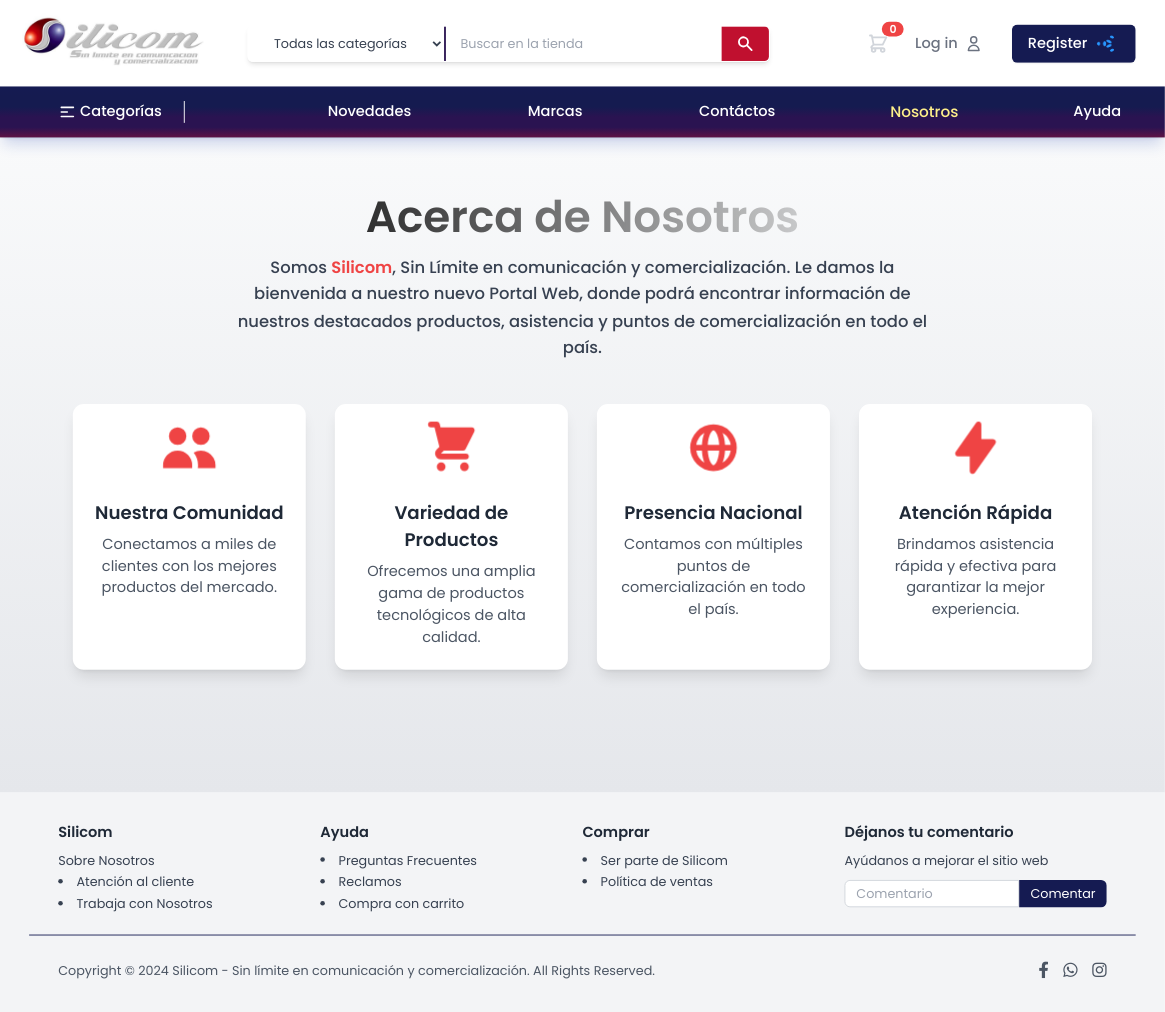
Repository: Francovg18/ecommerce
Page: /about
An editor plug-in stored every save of this project. The page is shown before and after the next save, followed by the edit.
The browser window is 1280 px wide. The pictures show the whole page, at 91% of full size.
The page's requests for data from a server got no answer. The project was rebuilt for these pictures with package versions that can differ from the ones it lists, and the page was loaded fresh each time. No one was signed in, and anything a server would have sent is missing. Also part of the build but not shown: src/components/home/Banner.js, src/components/home/ProductsArrival.js, src/components/home/ProductsSold.js, src/redux/actions/brands.js, src/components/home/Brand.js, src/components/home/Product.js, src/containers/Home.jsx, src/containers/errors/Error404.jsx and 40 more.

Above is the page before, as saved 2025-01-29 20:23:30.

### public/index.html
<!DOCTYPE html>
<html lang="en">
  <head>
    <meta charset="utf-8" />
    <link rel="icon" href="%PUBLIC_URL%/favicon.ico" />
    <meta name="viewport" content="width=device-width, initial-scale=1" />
    <meta name="theme-color" content="#000000" />
    <meta name="description" content="Web site created using create-react-app" />
    <link rel="apple-touch-icon" href="%PUBLIC_URL%/logo192.png" />
    <link href="https://fonts.googleapis.com/css2?family=Poppins:wght@400;500;600&display=swap" rel="stylesheet">
    <link
  rel="stylesheet"
  href="https://cdnjs.cloudflare.com/ajax/libs/font-awesome/6.0.0-beta3/css/all.min.css"
/>

    <!--
      manifest.json provides metadata used when your web app is installed on a
      user's mobile device or desktop. See https://developers.google.com/web/fundamentals/web-app-manifest/
    -->
    <link rel="manifest" href="%PUBLIC_URL%/manifest.json" />
    <!--
      Notice the use of %PUBLIC_URL% in the tags above.
      It will be replaced with the URL of the `public` folder during the build.
      Only files inside the `public` folder can be referenced from the HTML.

      Unlike "/favicon.ico" or "favicon.ico", "%PUBLIC_URL%/favicon.ico" will
      work correctly both with client-side routing and a non-root public URL.
      Learn how to configure a non-root public URL by running `npm run build`.
    -->
    <title>React App</title>
  </head>
  <body>
    <noscript>You need to enable JavaScript to run this app.</noscript>
    <div id="root"></div>
    <!--
      This HTML file is a template.
      If you open it directly in the browser, you will see an empty page.

      You can add webfonts, meta tags, or analytics to this file.
      The build step will place the bundled scripts into the <body> tag.

      To begin the development, run `npm start` or `yarn start`.
      To create a production bundle, use `npm run build` or `yarn build`.
    -->
  </body>
</html>

### src/index.js
import React from 'react';
import ReactDOM from 'react-dom/client';
import './style/index.css';
import App from './App';

const root = ReactDOM.createRoot(document.getElementById('root'));
root.render(
  <React.StrictMode>
    <App />
  </React.StrictMode>
);

### src/store.js
import { createStore, applyMiddleware } from 'redux';
import { composeWithDevTools } from '@redux-devtools/extension';
import { thunk } from 'redux-thunk';
import rootReducer from './redux/reducers';

const initialState = {};
const middleware = [thunk];
const store = createStore(
    rootReducer,
    initialState,
    composeWithDevTools(applyMiddleware(...middleware))
);

export default store;

### src/containers/pages/About.jsx
import React from 'react';
import Layout from '../../hocs/Layout';
import { UsersIcon, ShoppingCartIcon, GlobeAltIcon, LightningBoltIcon } from '@heroicons/react/solid';

function About() {
  return (
    <Layout>
      <div className="bg-gradient-to-b from-gray-50 to-gray-200 min-h-screen py-16 px-6 sm:px-12 lg:px-20">
        <div className="text-center max-w-3xl mx-auto">
          <h1 className="text-5xl font-extrabold bg-gradient-to-r from-black  bg-clip-text text-transparent ">
            Acerca de Nosotros
          </h1>
          <p className="mt-4 text-lg text-gray-700 font-medium leading-relaxed animate-fade-in">
            Somos <span className="text-red-500 font-bold">Silicom</span>, Sin Límite en comunicación y comercialización. Le damos la bienvenida a nuestro nuevo Portal Web,
            donde podrá encontrar información de nuestros destacados productos, asistencia y puntos de comercialización en todo el país.
          </p>
        </div>

        <div className="mt-12 grid grid-cols-1 md:grid-cols-2 lg:grid-cols-4 gap-8">
          {[
            { icon: UsersIcon, title: "Nuestra Comunidad", text: "Conectamos a miles de clientes con los mejores productos del mercado." },
            { icon: ShoppingCartIcon, title: "Variedad de Productos", text: "Ofrecemos una amplia gama de productos tecnológicos de alta calidad." },
            { icon: GlobeAltIcon, title: "Presencia Nacional", text: "Contamos con múltiples puntos de comercialización en todo el país." },
            { icon: LightningBoltIcon, title: "Atención Rápida", text: "Brindamos asistencia rápida y efectiva para garantizar la mejor experiencia." }
          ].map((item, index) => (
            <div key={index} className="bg-white p-6 rounded-xl shadow-lg text-center transition-transform transform hover:scale-105 hover:shadow-2xl">
              <item.icon className="w-16 h-16 text-red-500 mx-auto animate-bounce" />
              <h3 className="text-xl font-semibold mt-4 text-gray-800">{item.title}</h3>
              <p className="text-gray-600 mt-2">{item.text}</p>
            </div>
          ))}
        </div>
      </div>
    </Layout>
  );
}

export default About;

### src/redux/reducers/index.js
import { combineReducers } from 'redux';
import Auth from './auth';
import Alert from './alert';
import Categories from './categories';
import Products from './products';
import Cart from './cart';
import Shipping from './shipping'
import Payment from './payment';
import Orders from './orders';
import Coupons from './coupons';
import Profile from './profile';
import Wishlist from './wishlist';
import Reviews from './reviews';
import Brands from './brands';
export default combineReducers({
    Auth,
    Alert,
    Categories,
    Products,
    Cart,
    Shipping,
    Payment,
    Orders,
    Coupons,
    Profile,
    Wishlist,
    Reviews,
    Brands
})

### src/hocs/Layout.js
import { ToastContainer } from 'react-toastify';
import 'react-toastify/dist/ReactToastify.css';
import { check_authenticated, load_user, refresh } from '../redux/actions/auth';
import {
    get_items,
    get_total,
    get_item_total
} from "../redux/actions/cart";

import {
    get_user_profile
} from "../redux/actions/profile";

import { useEffect } from 'react';
import { connect } from 'react-redux';
import Navbar from '../components/navigation/Navbar';
import Footer from '../components/navigation/Footer';

const Layout = (props) => {

    useEffect(() => {
        props.refresh()
        props.check_authenticated()
        props.load_user()
        props.get_items()
        props.get_total()
        props.get_item_total()
        props.get_user_profile()
    }, []);

    return(
        <div>
            <Navbar/>
            <ToastContainer autoClose={5000} />
            {props.children}
            <Footer/>
        </div>
    )
}


export default connect(null, {
    check_authenticated,
    load_user,
    refresh,
    get_items,
    get_total,
    get_item_total,
    get_user_profile
}) (Layout)

### src/redux/actions/categories.js
import axios from 'axios';
import {
    GET_CATEGORIES_SUCCESS,
    GET_CATEGORIES_FAIL,
} from './types';

export const get_categories = () => async dispatch => {
    const config = {
        headers: {
            'Accept': 'application/json'
        }
    };

    try {
        const res = await axios.get(`${process.env.REACT_APP_API_URL}/api/category/categories`, config);

        if (res.status >= 200 && res.status < 300) {
            dispatch({
                type: GET_CATEGORIES_SUCCESS,
                payload: res.data
            });
        } else {
            console.error('Error: Unexpected response status', res.status);
            dispatch({
                type: GET_CATEGORIES_FAIL
            });
        }
    } catch (err) {
        console.error('Error fetching categories:', err.message);
        dispatch({
            type: GET_CATEGORIES_FAIL
        });
    }
};

### src/redux/actions/alert.js
import{
    SET_ALERT,
    REMOVE_ALERT,
} from './types';

export const setAlert = (msg, alertType, timeout = 5000) => dispatch =>{
    dispatch({
        type: SET_ALERT,
        payload: {msg, alertType}
    });
    setTimeout(() => dispatch({ type: REMOVE_ALERT }), timeout);
}

### src/redux/reducers/alert.js
import {
    SET_ALERT,
    REMOVE_ALERT,
} from '../actions/types';

const initialState = {
    alert: null
};

export default function Alert(state = initialState, action) {
    const { type, payload } = action;

    switch(type) {
        case SET_ALERT:
            return {
                ...state,
                alert: payload
            };
        case REMOVE_ALERT:
            return {
                ...state,
                alert: null
            }
        default:
            return state
    };
}

### src/redux/reducers/categories.js
import {
    GET_CATEGORIES_SUCCESS,
    GET_CATEGORIES_FAIL
} from '../actions/types';

const initialState = {
    categories: null
};

export default function Categories(state = initialState, action) {
    const { type, payload } = action;

    switch(type) {
        case GET_CATEGORIES_SUCCESS:
            return {
                ...state,
                categories: payload.categories
            }
        case GET_CATEGORIES_FAIL:
            return {
                ...state,
                categories: null
            }
        default:
            return state
    }
}

### src/redux/reducers/shipping.js
import {
    GET_SHIPPING_OPTIONS_SUCCESS,
    GET_SHIPPING_OPTIONS_FAIL
} from '../actions/types';

const initialState = {
    shipping: null,
};

export default function Shipping(state = initialState, action) {
    const { type, payload } = action;

    switch(type) {
        case GET_SHIPPING_OPTIONS_SUCCESS:
            return {
                ...state,
                shipping: payload.shipping_options
            }
        case GET_SHIPPING_OPTIONS_FAIL:
            return {
                ...state,
                shipping: null
            }
        default:
            return state;
    }
};

### src/redux/reducers/orders.js
import {
    GET_ORDERS_SUCCESS,
    GET_ORDERS_FAIL,
    GET_ORDER_DETAIL_SUCCESS,
    GET_ORDER_DETAIL_FAIL
} from '../actions/types';

const initialState = {
    orders: null,
    order: null
};


export default function Orders(state = initialState, action) {
    const { type, payload } = action;

    switch(type) {
        case GET_ORDERS_SUCCESS:
            return {
                ...state,
                orders: payload.orders
            }
        case GET_ORDERS_FAIL:
            return {
                ...state,
                orders: []
            }
        case GET_ORDER_DETAIL_SUCCESS:
            return {
                ...state,
                order: payload.order
            }
        case GET_ORDER_DETAIL_FAIL:
            return {
                ...state,
                order: {}
            }
        default:
            return state;
    }
}

### src/redux/reducers/coupons.js
import {
    GET_COUPON_SUCCESS,
    GET_COUPON_FAIL,
} from '../actions/types';

const initialState = {
    coupon: null
};


export default function Coupons(state = initialState, action) {
    const { type, payload } = action;

    switch(type) {
        case GET_COUPON_SUCCESS:
            return {
                ...state,
                coupon: payload.coupon
            }
        case GET_COUPON_FAIL:
            return {
                ...state,
                coupon: null
            }
        default:
            return state;
    }
}

### src/redux/reducers/profile.js
import {
    GET_USER_PROFILE_SUCCESS,
    GET_USER_PROFILE_FAIL,
    UPDATE_USER_PROFILE_SUCCESS,
    UPDATE_USER_PROFILE_FAIL
} from '../actions/types';

const initialState = {
    profile: null
};

export default function Profile(state = initialState, action) {
    const { type, payload } = action;

    switch(type) {
        case GET_USER_PROFILE_SUCCESS:
            return {
                ...state,
                profile: payload.profile
            }
        case GET_USER_PROFILE_FAIL:
            return {
                ...state
            }
        case UPDATE_USER_PROFILE_SUCCESS:
            return {
                ...state,
                profile: payload.profile
            }
        case UPDATE_USER_PROFILE_FAIL:
            return {
                ...state
            }
        default:
            return state
    }
}

### src/redux/reducers/wishlist.js
import {
    GET_WISHLIST_ITEMS_SUCCESS,
    GET_WISHLIST_ITEMS_FAIL,
    ADD_WISHLIST_ITEM_SUCCESS,
    ADD_WISHLIST_ITEM_FAIL,
    GET_WISHLIST_ITEM_TOTAL_SUCCESS,
    GET_WISHLIST_ITEM_TOTAL_FAIL,
    REMOVE_WISHLIST_ITEM_SUCCESS,
    REMOVE_WISHLIST_ITEM_FAIL,
    CLEAR_WISHLIST,
} from '../actions/types';

const initialState = {
    items: null,
    total_items: 0
};

export default function Wishlist(state = initialState, action) {
    const { type, payload } = action;

    switch(type) {
        case GET_WISHLIST_ITEMS_SUCCESS:
            return {
                ...state,
                items: payload.wishlist
            }
        case GET_WISHLIST_ITEMS_FAIL:
            return {
                ...state,
            }
        case ADD_WISHLIST_ITEM_SUCCESS:
            return {
                ...state,
                items: payload.wishlist
            }
        case ADD_WISHLIST_ITEM_FAIL:
            return {
                ...state,
            }
        case GET_WISHLIST_ITEM_TOTAL_SUCCESS:
            return {
                ...state,
                total_items: payload.total_items
            }
        case GET_WISHLIST_ITEM_TOTAL_FAIL:
            return {
                ...state
            }
            case REMOVE_WISHLIST_ITEM_SUCCESS:
                return {
                    ...state,
                    items: state.items.filter(item => item.product_id !== payload)
                }

        case REMOVE_WISHLIST_ITEM_FAIL:
            return {
                ...state
            }
        case CLEAR_WISHLIST:
            return {
                ...state,
                items: [],
                total_items: 0
            }
        default:
            return state
    }
}

### src/redux/reducers/reviews.js
import {
    GET_REVIEWS_SUCCESS,
    GET_REVIEWS_FAIL,
    GET_REVIEW_SUCCESS,
    GET_REVIEW_FAIL,
    CREATE_REVIEW_SUCCESS,
    CREATE_REVIEW_FAIL,
    UPDATE_REVIEW_SUCCESS,
    UPDATE_REVIEW_FAIL,
    DELETE_REVIEW_SUCCESS,
    DELETE_REVIEW_FAIL,
    FILTER_REVIEWS_SUCCESS,
    FILTER_REVIEWS_FAIL,
} from '../actions/types';

const intitialState = {
    review: null,
    reviews: null
};

export default function Reviews(state = intitialState, action) {
    const { type, payload } = action;

    switch(type) {
        case GET_REVIEWS_SUCCESS:
            return {
                ...state,
                reviews: payload.reviews
            }
        case GET_REVIEWS_FAIL:
            return {
                ...state,
                reviews: []
            }
        case GET_REVIEW_SUCCESS:
            return {
                ...state,
                review: payload.review
            }
        case GET_REVIEW_FAIL:
            return {
                ...state,
                review: {}
            }
        case CREATE_REVIEW_SUCCESS:
            return {
                ...state,
                review: payload.review,
                reviews: payload.reviews
            }
        case CREATE_REVIEW_FAIL:
            return {
                ...state,
                review: {}
            }
        case UPDATE_REVIEW_SUCCESS:
            return {
                ...state,
                review: payload.review,
                reviews: payload.reviews
            }
        case UPDATE_REVIEW_FAIL:
            return {
                ...state
            }
        case DELETE_REVIEW_SUCCESS:
            return {
                ...state,
                review: {},
                reviews: payload.reviews
            }
        case DELETE_REVIEW_FAIL:
            return {
                ...state
            }
        case FILTER_REVIEWS_SUCCESS:
            return {
                ...state,
                reviews: payload.reviews
            }
        case FILTER_REVIEWS_FAIL:
            return {
                ...state
            }
        default:
            return state
    }


}

### src/redux/reducers/brands.js
import {
    GET_BRANDS_SUCCESS,
    GET_BRANDS_FAIL
} from '../actions/types';

const initialState = {
    brands: null
};

export default function Brands(state = initialState, action) {
    const { type, payload } = action;

    switch (type) {
        case GET_BRANDS_SUCCESS:
            return {
                ...state,
                brands: payload.brands // Ajusta si `payload` tiene otra estructura
            };
        case GET_BRANDS_FAIL:
            return {
                ...state,
                brands: null
            };
        default:
            return state;
    }
}

### src/components/alert.js
import {Fragment} from 'react'
import {connect} from 'react-redux'

import { CheckCircleIcon } from '@heroicons/react/solid'

function Alert ({ alert }) {

    const displayAlert = () => {
        if (alert !== null){
            return (
                <div className={`rounded-md bg-${alert.alertType}-50 p-4`}>
                <div className="flex">
                    <div className="flex-shrink-0">
                    <CheckCircleIcon className={`h-5 w-5 text-${alert.alertType}-400`} aria-hidden="true" />
                    </div>
                    <div className="ml-3">
                    <p className={`text-sm font-medium text-${alert.alertType}-800`}>{alert.msg}</p>
                    </div>
                </div>
                </div>
            )
        } else {
            return(
                <Fragment></Fragment>
            )
        }
    }

    return (
        <Fragment>
            {displayAlert()}
        </Fragment>
    )
}

const mapStateToProps = state => ({
    alert: state.Alert.alert
})

export default connect(mapStateToProps)(Alert)

### src/components/navigation/SearchBox.js
import { SearchIcon } from '@heroicons/react/solid';

const SearchBox = ({ categories, search, onChange, onSubmit }) => {
  return (
    <form
      onSubmit={(e) => onSubmit(e)}
      className="flex items-center border border-white rounded-md shadow-md overflow-hidden w-full max-w-3xl mx-auto"
    >
      {/* Dropdown de categorías (visible solo en pantallas grandes) */}
      <div className="hidden lg:block relative">
        <select
          onChange={(e) => onChange(e)}
          name="category_id"
          className="h-full text-sm text-gray-700 bg-white border-r-2 border-purple-night px-6 py-2 outline-none focus:ring-deep-rose"
        >
          <option value={0}>Todas las categorías</option>
          {categories &&
            categories.map((category, index) => (
              <option key={index} value={category.id}>
                {category.name}
              </option>
            ))}
        </select>
      </div>

      {/* Campo de búsqueda */}
      <input
        type="search"
        name="search"
        onChange={(e) => onChange(e)}
        value={search}
        required
        className="flex-grow text-sm text-gray-700 bg-white px-4 py-2 outline-none focus:ring-purple-night focus:border-crimson-red w-full"
        placeholder="Buscar en la tienda"
      />

      {/* Botón de envío */}
      <button
        type="submit"
        className="flex items-center justify-center h-full bg-crimson-red hover:bg-deep-rose text-white px-4 py-2"
      >
        <SearchIcon className="h-5 w-5" aria-hidden="true" />
      </button>
    </form>
  );
};

export default SearchBox;

### tailwind.config.js
/** @type {import('tailwindcss').Config} */
module.exports = {
  content: [
    "./src/**/*.{js,jsx,ts,tsx}",
  ],
  theme: {
    extend: {
      colors: {
        "midnight-blue": '#151b52',
        "purple-night": '#2A1350',
        "crimson-red": '#C0102F',
        "deep-rose": '#8D113B',
        "dark-burgundy": '#751240',
        "royal-purple": '#5D1245',
      },
      backgroundImage: {
        'custom-gradient': 'linear-gradient(to bottom, #151b52, #151b50, #151b50, #2A1351, #2A1351, #5D1245)',
      },
      fontFamily: {
        sans: ['Poppins', 'sans-serif'],
      },
      keyframes: {
        'gradient-x': {
          '0%, 100%': { backgroundPosition: '0% 50%' },
          '50%': { backgroundPosition: '100% 50%' },
        },
      },
      animation: {
        'gradient-x': 'gradient-x 8s ease infinite',
      },
      boxShadow: {
        navbar: "0px 4px 20px 6px rgba(28, 105, 192, 0.85), 0 1px 2px -1px rgba(3, 3, 4, 0.03)",
        menuHover: "0px 6px 15px 3px rgba(0, 0, 0, 0.15)",
      },
      fontSize: {
        'xl': '1.25rem',
        '2xl': '1.5rem',
      },
    },
  },
  plugins: [
    function({ addUtilities }) {
      const extendUnderline = {
        '.underline': {
          textDecoration: 'underline',
          textDecorationColor: '#121740',
        },
      };
      addUtilities(extendUnderline);
    },
  ],
};

Loaded but not shown: src/style/index.css (common file); src/components/navigation/Navbar.js (476 lines, source omitted); src/redux/actions/cart.js (399 lines, source omitted); src/redux/actions/auth.js (387 lines, source omitted); src/redux/actions/types.js (136 lines, source omitted); src/redux/actions/products.js (256 lines, source omitted); src/redux/reducers/cart.js (158 lines, source omitted); src/redux/reducers/products.js (118 lines, source omitted); src/App.js (79 lines, source omitted); src/components/navigation/Footer.js (81 lines, source omitted); src/redux/reducers/auth.js (113 lines, source omitted); src/redux/actions/profile.js (91 lines, source omitted); src/redux/reducers/payment.js (89 lines, source omitted)

After the next save:
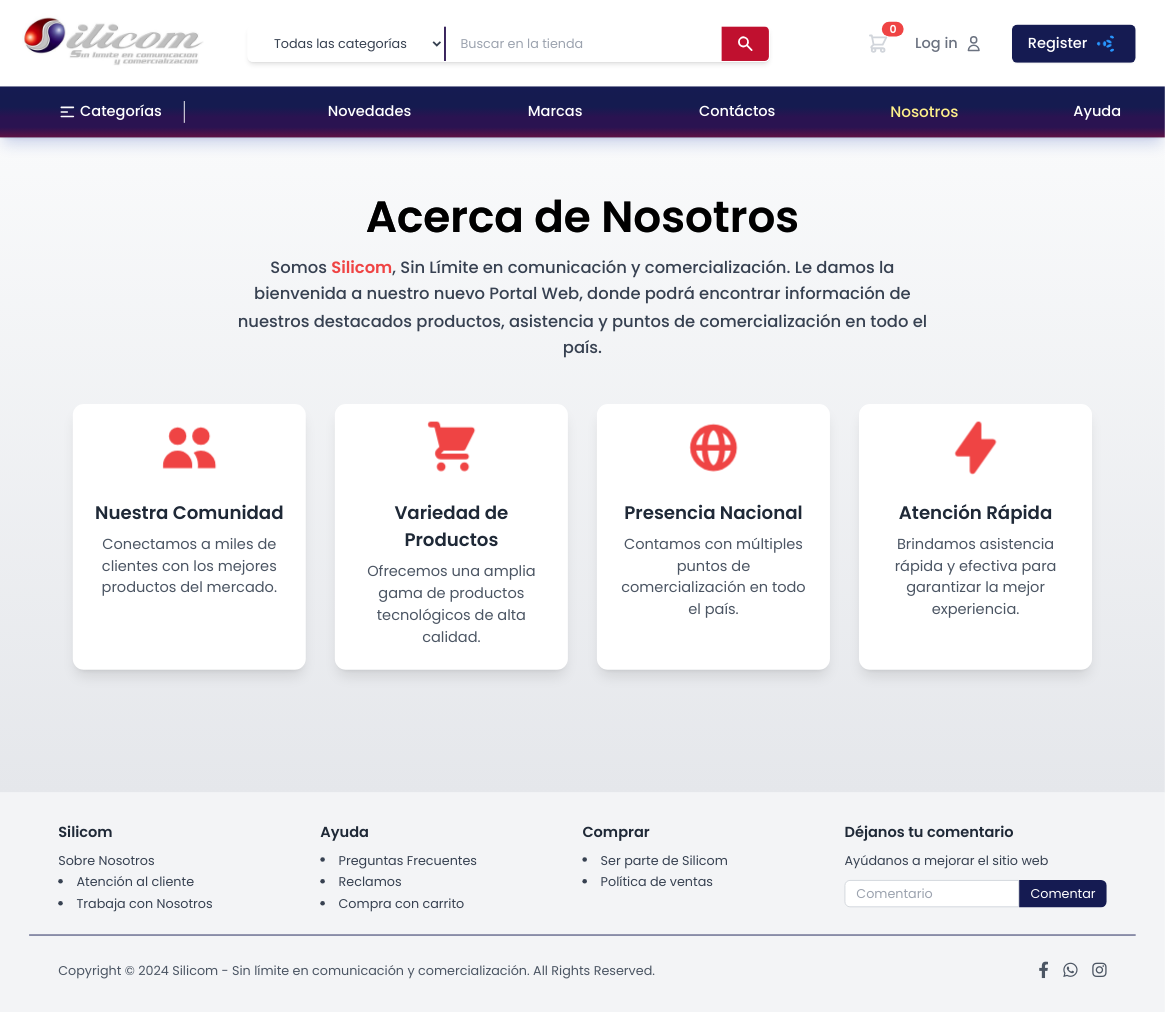
Saved 8 s later.
--- a/src/containers/pages/About.jsx
+++ b/src/containers/pages/About.jsx
@@ -7,7 +7,7 @@ function About() {
     <Layout>
       <div className="bg-gradient-to-b from-gray-50 to-gray-200 min-h-screen py-16 px-6 sm:px-12 lg:px-20">
         <div className="text-center max-w-3xl mx-auto">
-          <h1 className="text-5xl font-extrabold bg-gradient-to-r from-black  bg-clip-text text-transparent ">
+          <h1 className="text-5xl font-extrabold bg-gradient-to-r from-black  bg-clip-text ">
             Acerca de Nosotros
           </h1>
           <p className="mt-4 text-lg text-gray-700 font-medium leading-relaxed animate-fade-in">
